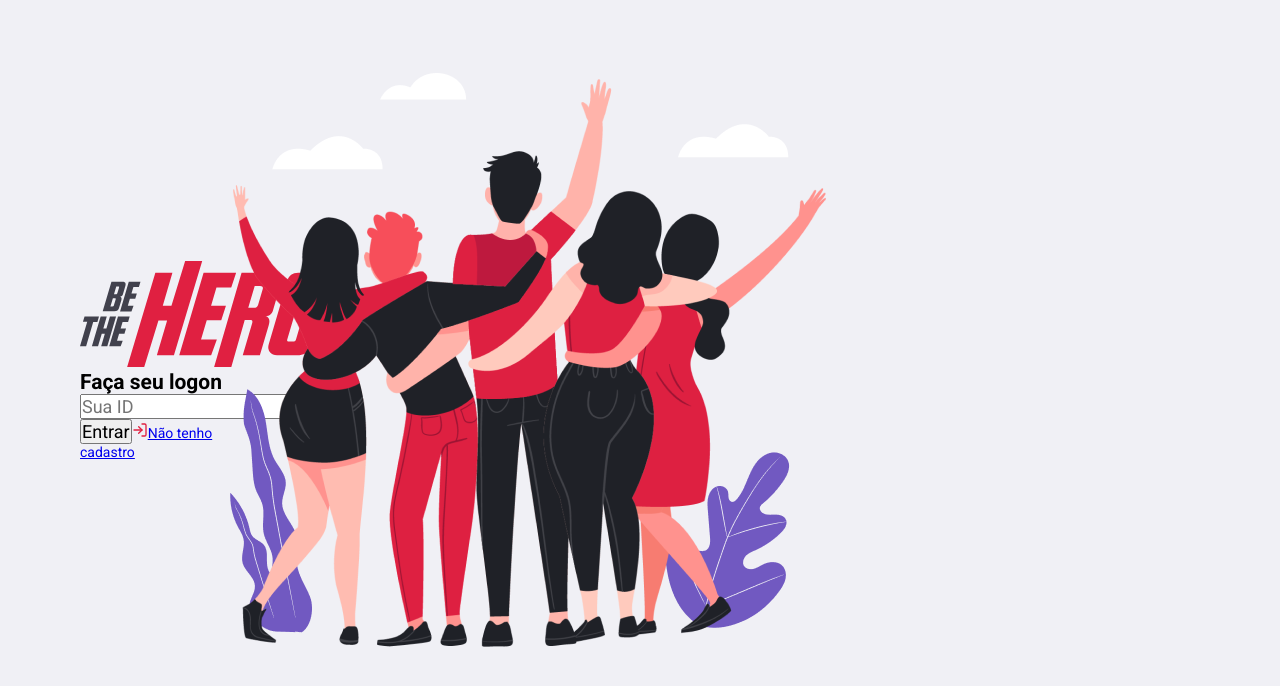
Repository: s7Thiago/semana-omnistack-11.0
Page: / (app in front-end/)
The author's editor kept a copy of each file at every save. The page is drawn from the files as they stood at one save, then again after the next save.
The browser window is 1280 px wide. The pictures show the whole page.
The project was rebuilt for these pictures with package versions that can differ from the ones it lists, and the page was loaded fresh each time.

Above is the page before, as saved 2020-03-26 20:21:48.

### front-end/src/App.js
import React from 'react';
import './global.css';

import Logon from './pages/Logon';

function App() {

  return (
    <Logon />
  );
}

export default App;

### front-end/src/global.css
@import url('https://fonts.googleapis.com/css?family=Roboto:400,500,700&display=swap');

*{
    margin: 0;
    padding: 0;
    outline: 0;
    box-sizing: border-box; /*Faz com que o padding dos elementos seja anexado na sua largura e na sua altura*/
}

body{
    font: 400 14px Roboto, sans-serif;
    background: #f0f0f5;
    -webkit-font-smoothing: antialiased;
}

input, button, textarea {
    font: 400 18px Roboto, sans-serif;
}

button {
    cursor: pointer;
}

### front-end/src/pages/Logon/index.js
import React from 'react';
import { FiLogIn } from 'react-icons/fi'

import './styles.css'

import heroesImg from '../../assets/heroes.png';
import logoImg from '../../assets/logo.svg';

export default function Logon() {
    return (
        <div className="logon-container">
            <section className="form">
                {/* Logo */}
                <img src={logoImg} alt="Be the Hero" />

                {/* Formulário */}
                <form>
                    <h1>Faça seu logon</h1>
                    <input placeholder="Sua ID" />
                    <button type="submit">Entrar</button>

                    <a href="/register">
                        <FiLogIn size={16} color="#E02041" />
                        Não tenho cadastro</a>
                </form>

            </section>
            <img src={heroesImg} alt='Heroes' />
        </div>


    );
}

### front-end/src/pages/Logon/styles.css
.logon-container{
    width: 100%;
    max-width: 1120px;
    height: 100vh;
    margin: 0 auto;

    display: flex;
    align-items: center;
}

.logon-container section.form{
    width: 100%;
    max-width: 150px;
}

Loaded but not shown: front-end/src/index.js (common file)

After the next save:
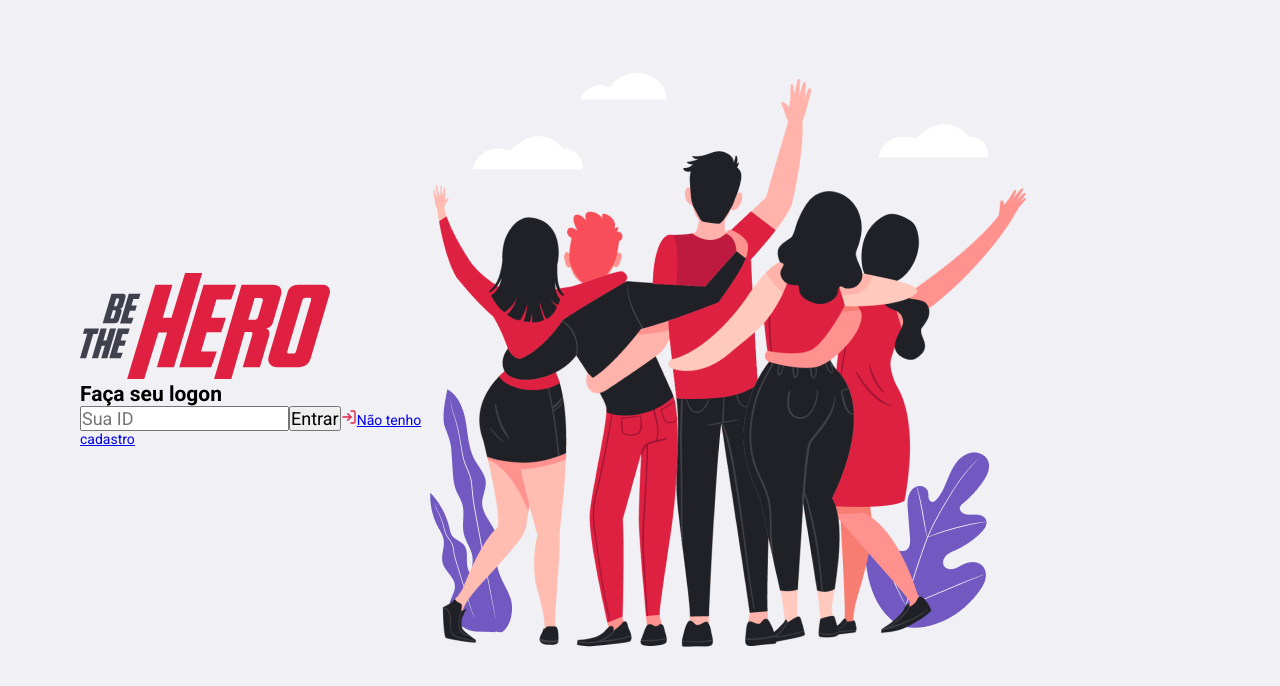
Saved 13 s later.
--- a/front-end/src/pages/Logon/styles.css
+++ b/front-end/src/pages/Logon/styles.css
@@ -10,5 +10,5 @@
 
 .logon-container section.form{
     width: 100%;
-    max-width: 150px;
+    max-width: 350px;
 }
